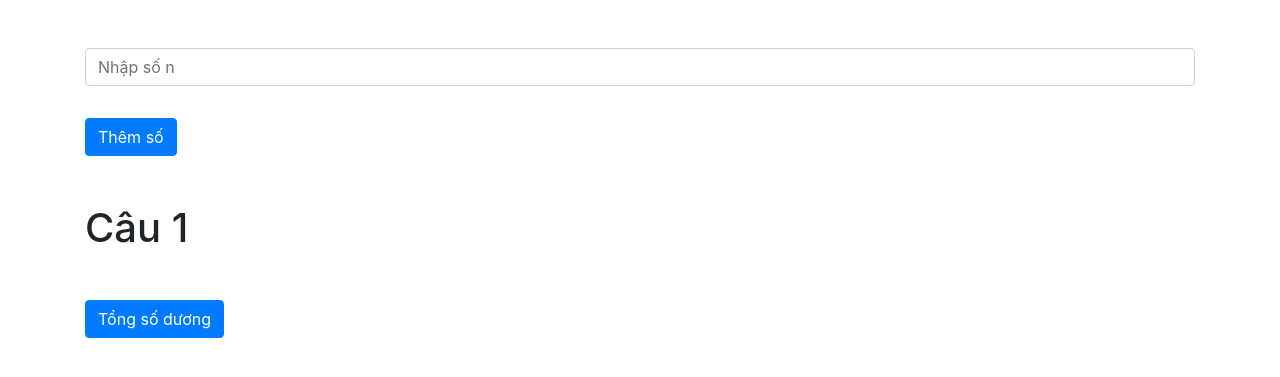
Repository: thanhfrankie/BC10-LeMinhThanh-Js-b7-8
Page: index.html
An editor plug-in stored every save of this project. The page is shown before and after the next save, followed by the edit.
The browser window is 1280 px wide. The pictures show the whole page.

Above is the page before, as saved 2023-12-27 21:25:42.

After the next save:
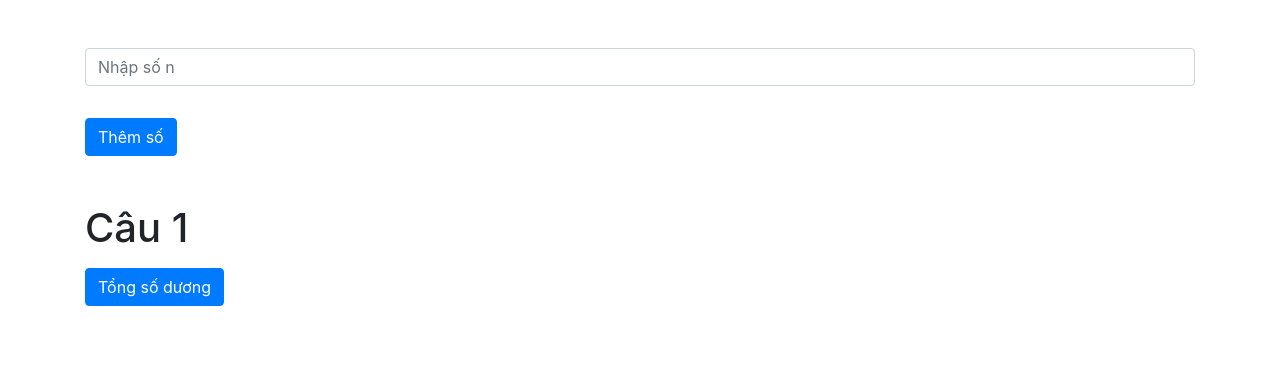
Saved 8 s later.
--- a/index.html
+++ b/index.html
@@ -34,7 +34,7 @@
         Thêm số
       </button>
       <h1 class="mt-5">Câu 1</h1>
-        <p class="mt-5">
+        <p class="mt-3">
             <button class="btn btn-primary" type="button" data-toggle="collapse" data-target="#contentId" aria-expanded="false"
                     aria-controls="contentId">
                 Tổng số dương
